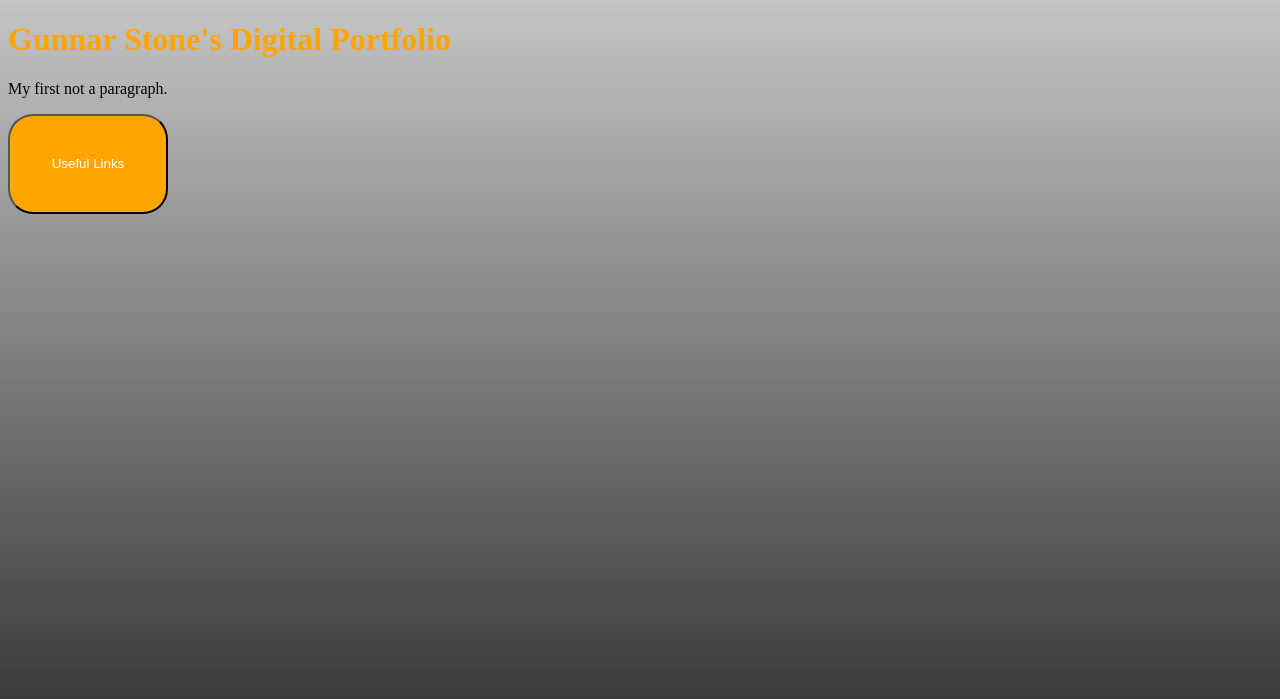
Repository: GunnarStone/GunnarStone.github.io
Page: Navbar.html
The author's editor kept a record of every edit. The page is drawn from the files as they stood at one moment, then again after the next edit.
The browser window is 1280 px wide. The pictures show the whole page.

Above is the page before.

### Navbar.html
<!DOCTYPE html>
<html>
    <head id="grad1">

        <style>
        body {background-color: white;}
        h1   {color: orange;}
        p    {color: black;}
        a:hover {
          background-color: orange;
          color:white;
        }
         .dropbtn {
          border-radius: 25px;
          background: orange;
          padding: 20px;
          width: 160px;
          height: 100px;
          color:white;
        }
        .dropdown {
          position: relative;
          display: inline-block;
        }
        .dropdown-content {
          border-radius: 25px;
          display: none;
          position: absolute;
          background-color: grey;
          min-width: 160px;
          box-shadow: 0px 8px 16px 0px rgba(0,0,0,0.2);
          z-index: 1;
        }
        .dropdown-content a {
         border-radius:25px;
         color: black;
         padding: 12px 16px;
         text-decoration: none;
         display: block;
        }
        .dropdown-content a:hover {color:white;}
        .dropdown-content a:hover {background-color: Orange;}
        .dropdown:hover .dropdown-content {display: block;}
        .dropdown:hover .dropbtn {background-color: orange;}
        .dropdown-text {
            font-size: 40px;
        }
        body {
          background: url(data:[embedded picture, 1707 characters]) no-repeat center fixed;
          background-size: cover;
        }
        body {
            border-radius:25px ;
        }
        .center{
            text-align:center;
        }
     </style>
        <title>My Little Digital Portfolio</title>
    </head>
    <body>

    <h1 >Gunnar Stone's Digital Portfolio</h1>
    <p>My first not a paragraph.</p>
    <div class="dropdown">
  <button class="dropbtn" class="dropdown-text">Useful Links</button>
  <div class="dropdown-content">
    <a href="https://www.google.com">Google</a>
    <a href="https://www.yahoo.com/">Yahoo</a>
    <a href="#">Link 3</a>
  </div>
</div>
    </body>
</html>

After the next edit:
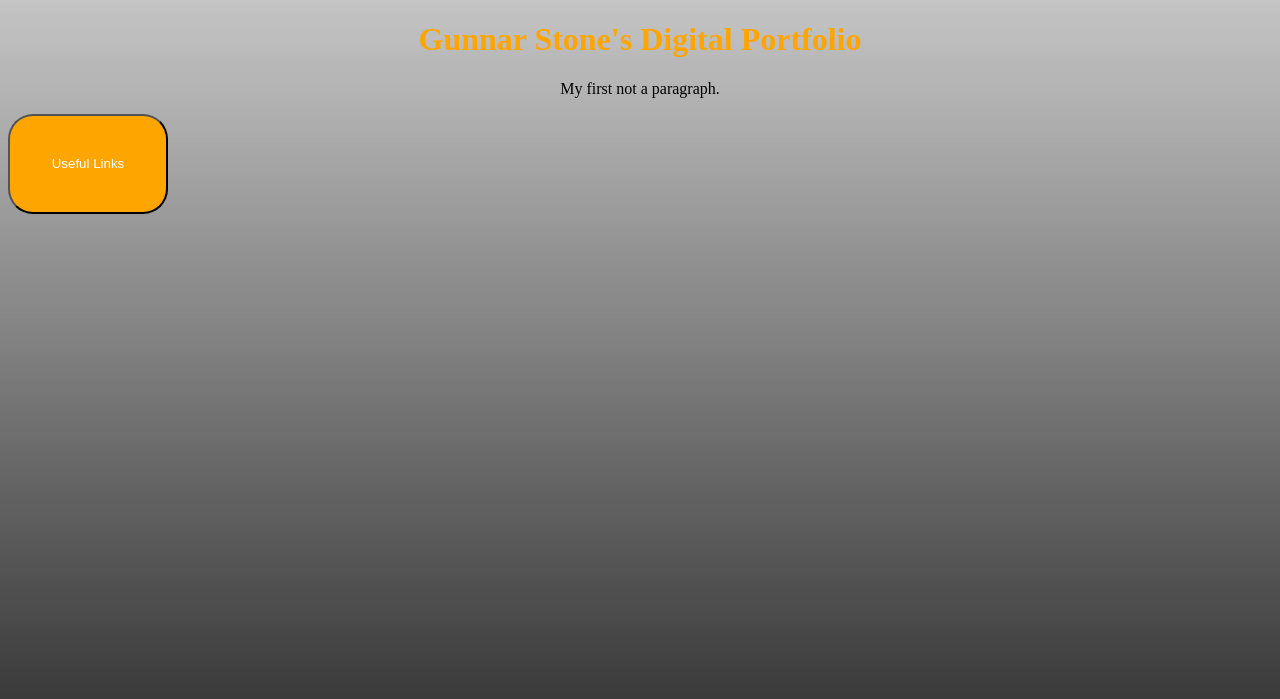
The edit:
--- a/Navbar.html
+++ b/Navbar.html
@@ -60,8 +60,8 @@
     </head>
     <body>
 
-    <h1 >Gunnar Stone's Digital Portfolio</h1>
-    <p>My first not a paragraph.</p>
+    <h1 class="center" >Gunnar Stone's Digital Portfolio</h1>
+    <p class="center">My first not a paragraph.</p>
     <div class="dropdown">
   <button class="dropbtn" class="dropdown-text">Useful Links</button>
   <div class="dropdown-content">
